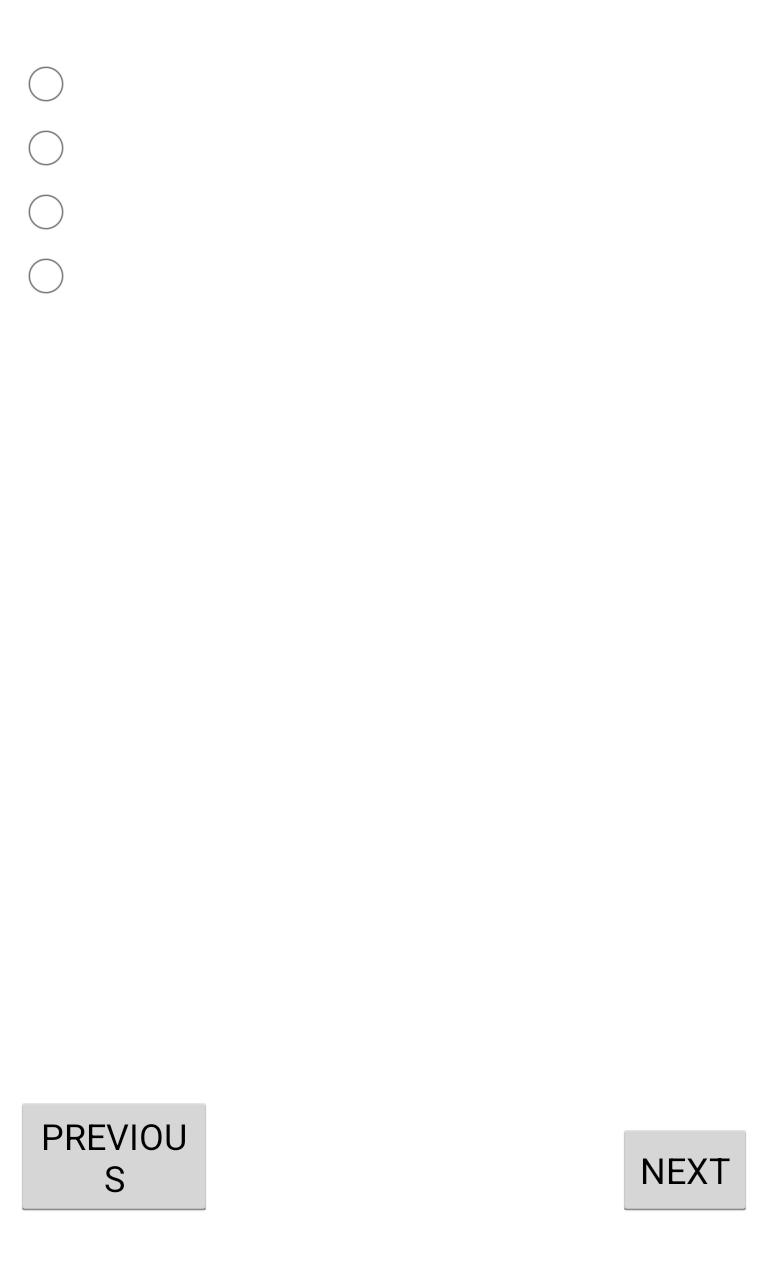
Repository: Harshil737/Career-Launcher
Layout: CareerLauncher/res/layout/fragment_test_page.xml
These files come from the project's save history. The layout is drawn as it stood at one moment and after the next save; the edit follows.
It is drawn on a 768 x 1280 px phone screen (xhdpi) without system bars, with theme AppTheme; the app's code is not run.

Above is the layout before, as saved 2017-11-03 15:33:57.

After the next save:
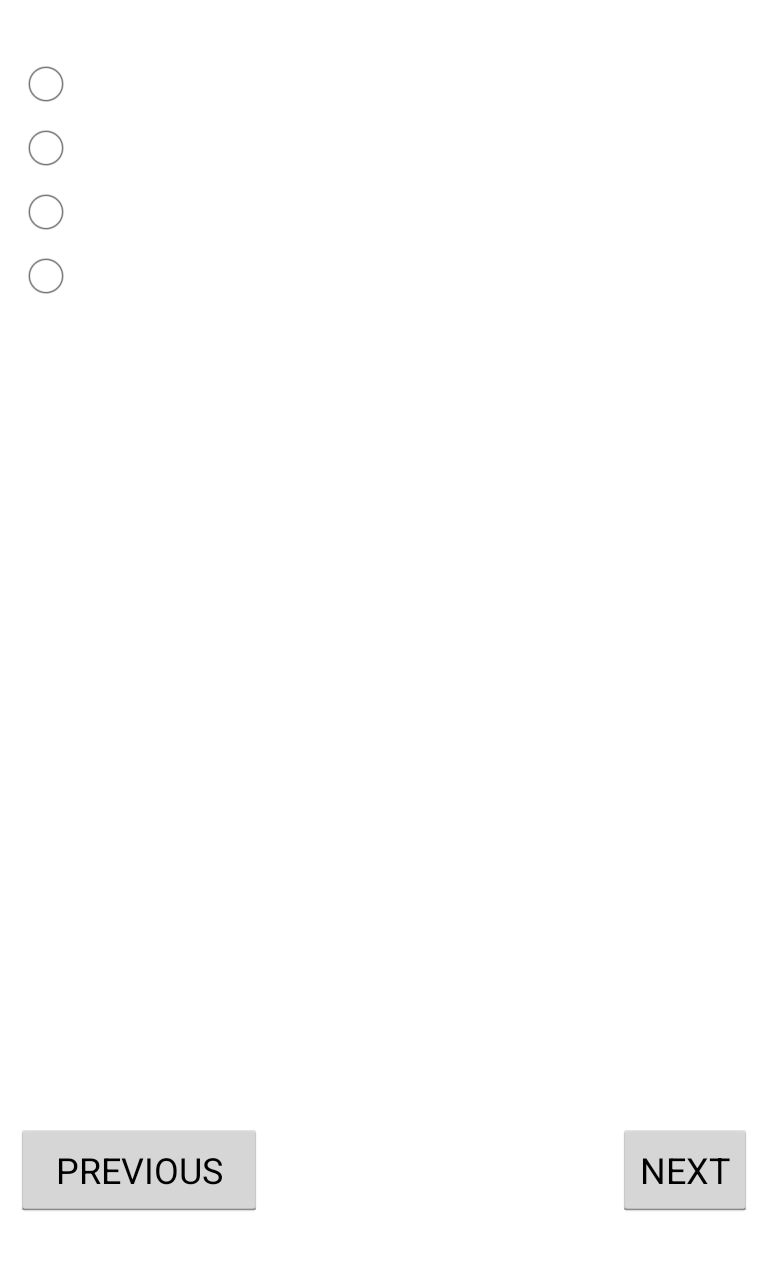
Saved 6 s later.
--- a/CareerLauncher/res/layout/fragment_test_page.xml
+++ b/CareerLauncher/res/layout/fragment_test_page.xml
@@ -42,7 +42,7 @@
 
     <Button
         android:id="@+id/test_page_btn_next"
-        android:layout_width="100dp"
+        android:layout_width="125dp"
         android:layout_height="wrap_content"
         android:layout_alignParentBottom="true"
         android:layout_alignParentLeft="true"
